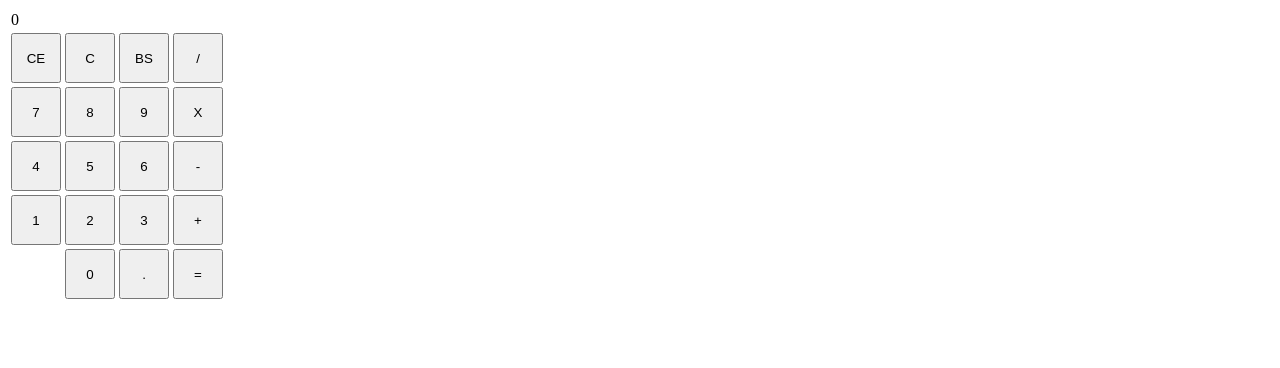
Repository: odreeblue/Study_ServletJSP
Page: jsp/workspace/JSPPrj/src/main/webapp/calc3.html
These files come from the project's save history. The page is drawn as it stood at one moment and after the next save; the edit follows.
The browser window is 1280 px wide. The pictures show the whole page.

Above is the page before, as saved 2023-02-06 11:32:41.

After the next save:
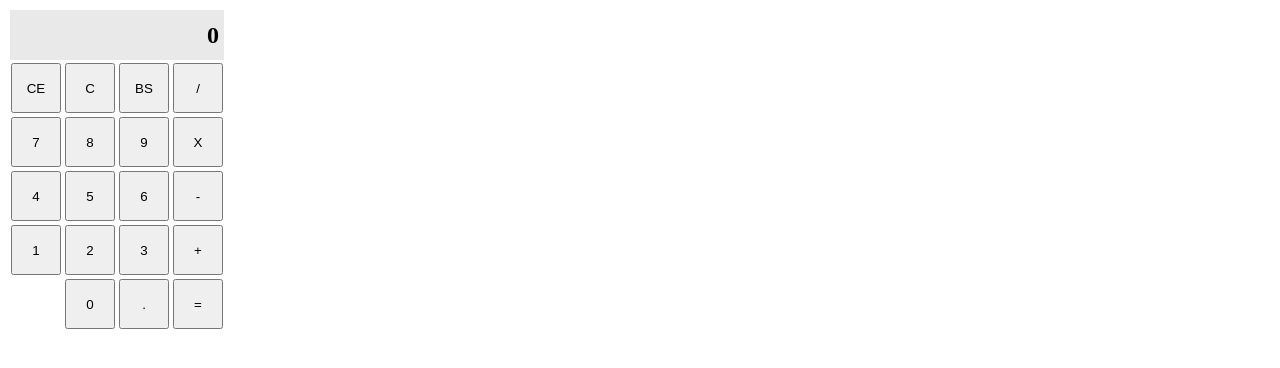
Saved 50 s later.
--- a/jsp/workspace/JSPPrj/src/main/webapp/calc3.html
+++ b/jsp/workspace/JSPPrj/src/main/webapp/calc3.html
@@ -23,7 +23,7 @@ input{
 		<form action="calc3" method="post">
 			<table>
 				<tr>
-					<td colspan="4">0</td>
+					<td class="output" colspan="4">0</td>
 				</tr>
 				<tr>
 					<td><input type="submit" name="operator" value="CE"/></td>
